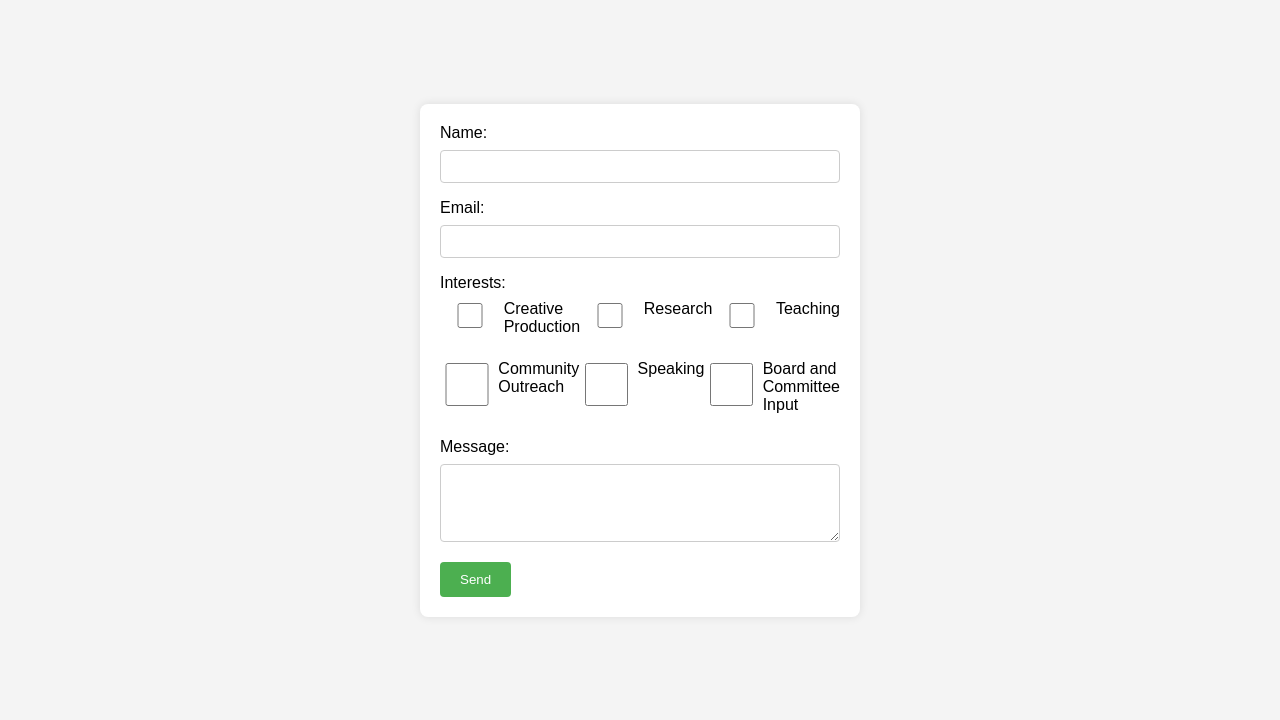
Repository: Ceasor7/Karin
Page: test.html
These files come from the project's save history. The page is drawn as it stood at one moment and after the next save; the edit follows.
The browser window is 1280 px wide. The pictures show the whole page.

Above is the page before, as saved 2023-12-16 00:50:14.

After the next save:
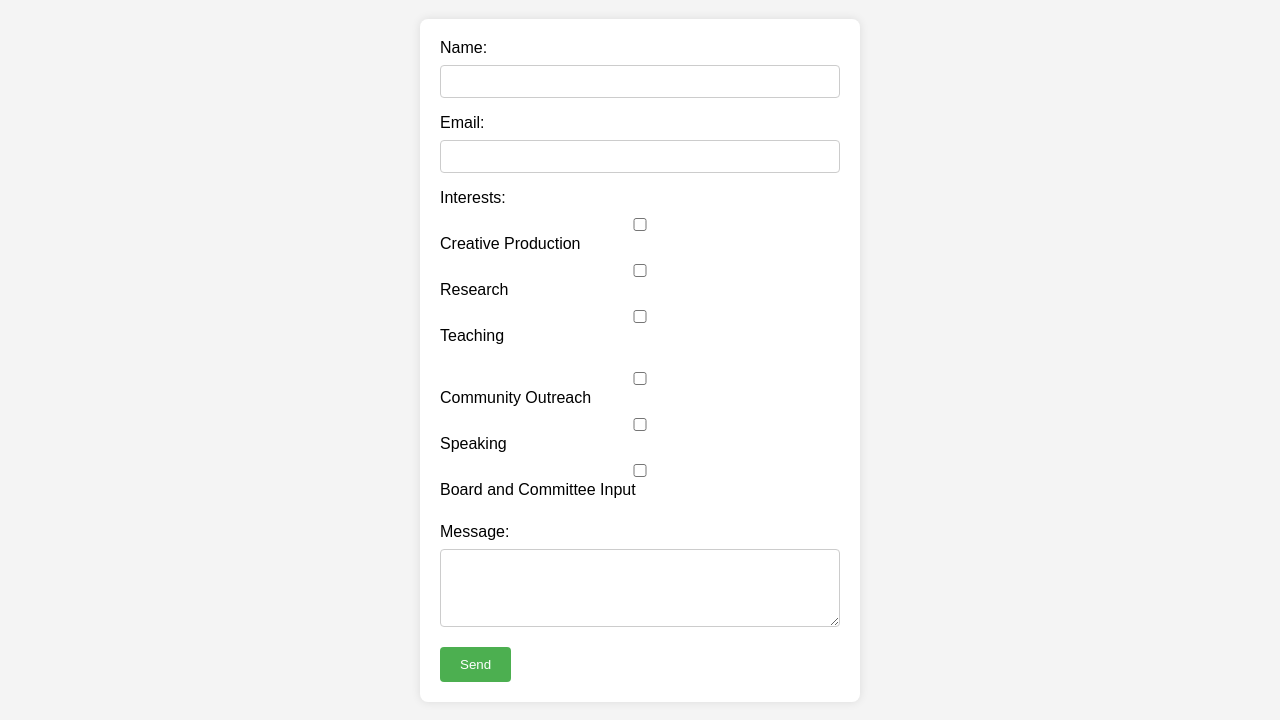
Saved 107 s later.
--- a/test.html
+++ b/test.html
@@ -44,11 +44,16 @@
         /* Align checkboxes horizontally */
         .checkbox-group {
             display: flex;
+            flex-wrap: wrap;
+            /* Allow items to wrap to the next line */
             margin-bottom: 16px;
         }
 
         input[type="checkbox"] {
-            margin-right: 8px;
+            margin-right: 4px;
+            /* Reduce the margin between checkbox and label */
+            margin-bottom: 4px;
+            /* Reduce the margin below each checkbox */
         }
 
         button {
@@ -78,23 +83,23 @@
         <label>Interests:</label>
         <div class="checkbox-group">
             <input type="checkbox" id="creative-production" name="interests[]" value="speaking">
-            <label for="speaking">Creative Production</label>
+            <label for="creative-production">Creative Production</label>
 
             <input type="checkbox" id="research" name="interests[]" value="research">
             <label for="research">Research</label>
 
             <input type="checkbox" id="teaching" name="interests[]" value="training">
-            <label for="training">Teaching</label>
+            <label for="teaching">Teaching</label>
         </div>
         <div class="checkbox-group">
             <input type="checkbox" id="community-outreach" name="interests[]" value="speaking">
-            <label for="speaking">Community Outreach</label>
+            <label for="community-outreach">Community Outreach</label>
 
             <input type="checkbox" id="speaking" name="interests[]" value="research">
-            <label for="research">Speaking</label>
+            <label for="speaking">Speaking</label>
 
             <input type="checkbox" id="boardCommittee" name="interests[]" value="training">
-            <label for="training">Board and Committee Input</label>
+            <label for="boardCommittee">Board and Committee Input</label>
         </div>
 
         <label for="message">Message:</label>

After the save that followed:
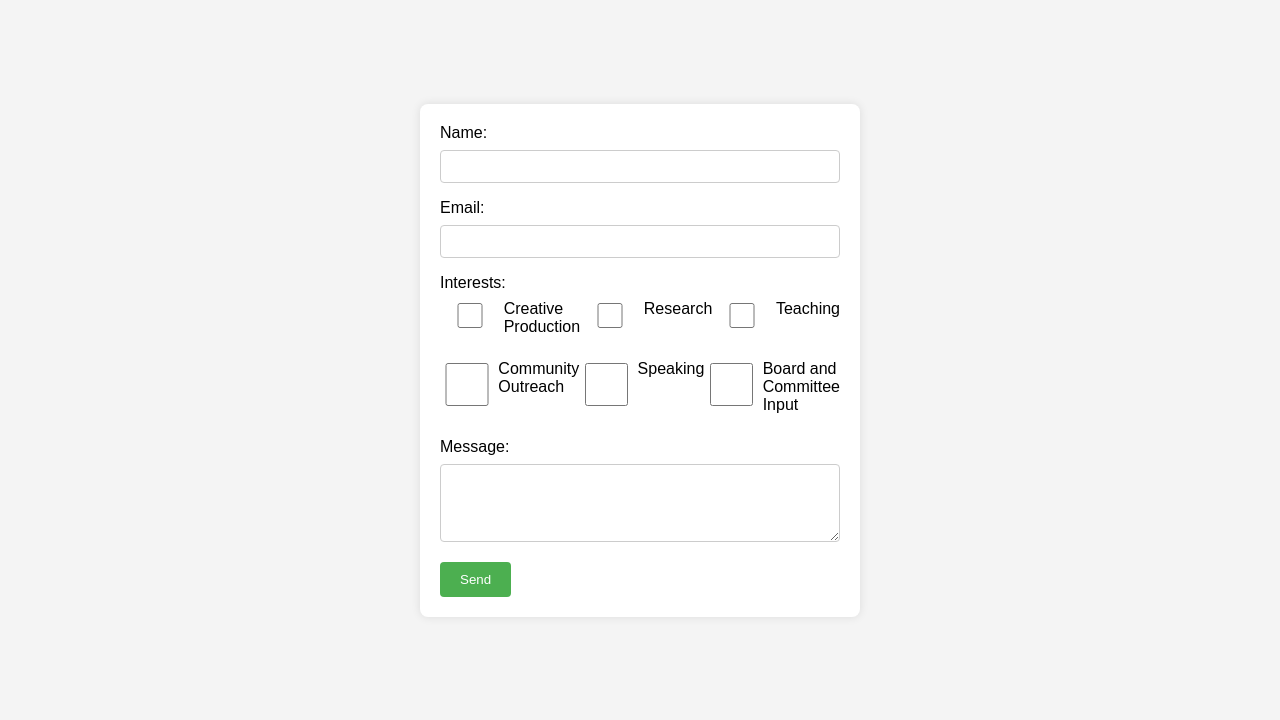
Saved 108 s later.
--- a/test.html
+++ b/test.html
@@ -44,16 +44,11 @@
         /* Align checkboxes horizontally */
         .checkbox-group {
             display: flex;
-            flex-wrap: wrap;
-            /* Allow items to wrap to the next line */
             margin-bottom: 16px;
         }
 
         input[type="checkbox"] {
-            margin-right: 4px;
-            /* Reduce the margin between checkbox and label */
-            margin-bottom: 4px;
-            /* Reduce the margin below each checkbox */
+            margin-right: 8px;
         }
 
         button {
@@ -83,23 +78,23 @@
         <label>Interests:</label>
         <div class="checkbox-group">
             <input type="checkbox" id="creative-production" name="interests[]" value="speaking">
-            <label for="creative-production">Creative Production</label>
+            <label for="speaking">Creative Production</label>
 
             <input type="checkbox" id="research" name="interests[]" value="research">
             <label for="research">Research</label>
 
             <input type="checkbox" id="teaching" name="interests[]" value="training">
-            <label for="teaching">Teaching</label>
+            <label for="training">Teaching</label>
         </div>
         <div class="checkbox-group">
             <input type="checkbox" id="community-outreach" name="interests[]" value="speaking">
-            <label for="community-outreach">Community Outreach</label>
+            <label for="speaking">Community Outreach</label>
 
             <input type="checkbox" id="speaking" name="interests[]" value="research">
-            <label for="speaking">Speaking</label>
+            <label for="research">Speaking</label>
 
             <input type="checkbox" id="boardCommittee" name="interests[]" value="training">
-            <label for="boardCommittee">Board and Committee Input</label>
+            <label for="training">Board and Committee Input</label>
         </div>
 
         <label for="message">Message:</label>
